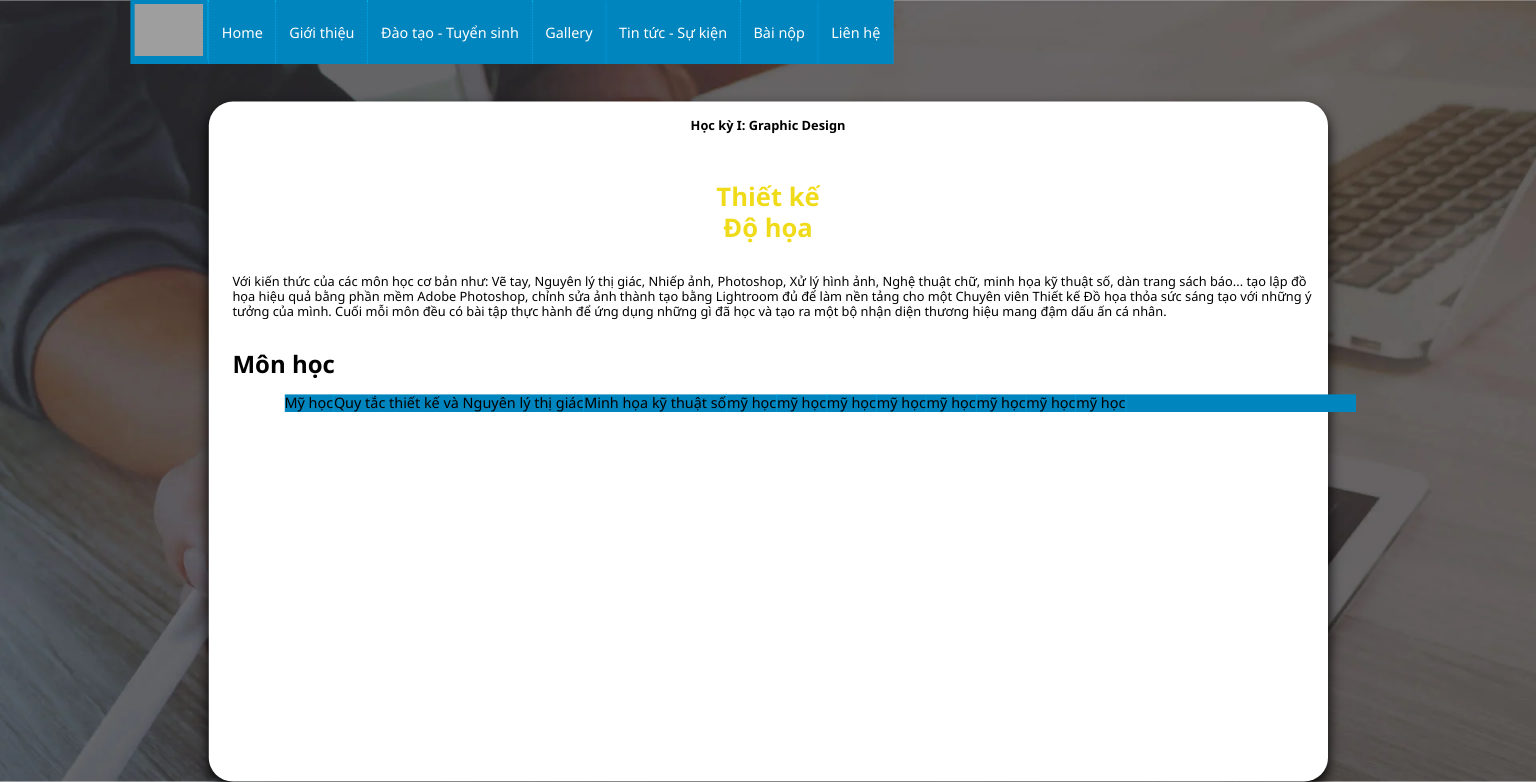
Repository: arena-dttan/dcw-final-exam-d2107m1
Page: final-list/DCW_Final_5_Nguyen-Thi-Thu-Huong_D2107M1/chuong-trinh-dao-tao.html
An editor plug-in stored every save of this project. The page is shown before and after the next save, followed by the edit.
The browser window is 1280 px wide. The page is 1920 px wide, so the pictures cover 1920 px, including what lies to the right of the window. The pictures show the whole page, at 80% of full size.
Pictures or frames that could not be fetched are drawn as grey boxes.

Above is the page before, as saved 2022-06-26 20:11:58.

### final-list/DCW_Final_5_Nguyen-Thi-Thu-Huong_D2107M1/chuong-trinh-dao-tao.html
<!DOCTYPE html>
<html>
<head>
    <meta charset="UTF-8">
    <link rel="stylesheet" href="index.css">
    <link rel="icon" href="./images/favicon.ico" />

</head>
<head>
    <!-- Các meta (siêu dữ liệu) -->
    <meta http-equiv="Content-Type" content="text/html; charset=utf-8" />

    <!-- Tiêu đề hiển thị trên thanh địa chỉ trình duyệt -->
    <title>Chương trình đào tạo</title>

    <!-- icon trên thanh địa chỉ trình duyệt -->
    <link rel="icon" href="./images/favicon.ico" />

    <!-- Sử dụng font google -->
    <link rel="preconnect" href="https://fonts.googleapis.com">
    <link rel="preconnect" href="https://fonts.gstatic.com" crossorigin>
    <link href="https://fonts.googleapis.com/css2?family=Roboto:wght@100&display=swap" rel="stylesheet">

    <!-- external css -->
    <link rel="stylesheet" href="./css/style.css">
    <link rel="stylesheet" href="./css/menu.css">


</head>
<body id="container">


    <div id="main-menu">
        <ul class="menu">
            <li ><img style="height: 65px; margin: 5px;;" src="images/logo.webp" alt="logo"> </li>
            <li class="home">
            <a href="./index.html"> Home</a>
            </li>
            <li>
            <a href="./gioi-thieu.html"> Giới thiệu</a>
            </li>
            <li class="dropdown">
            <a class="dropdown-btn"> Đào tạo - Tuyển sinh</a>
            <div class="dropdown-content">
                <a href="./chuong-trinh-dao-tao.html">Đào tạo</a>
                <a href="./tuyen-sinh.html">Tuyển sinh</a>
            </div>
            <li>
                <a href="./gallery.html"> Gallery</a>
            </li>
            <li>
                <a href="./tin-tuc.html"> Tin tức - Sự kiện</a>
            </li>
            <li>
                <a href="./final-exam-list.html">Bài nộp</a>
            </li>

            <li>
                <a href="#">Liên hệ</a>
            </li>
            </li>
        </ul>
        <!-- id main content -->
        <div id="main-content-daotao">
            <div id="box-container"><b class="text-hocky">Học kỳ I: Graphic Design</b>
                <div class="content">
                    <h1 style="color:rgb(240, 219, 26);">Thiết kế <br>Độ họa</h1>
                    <br>
                    <br>
                        <p class="text"> Với kiến thức của các môn học cơ bản như: Vẽ tay, Nguyên lý thị giác, Nhiếp
                            ảnh, Photoshop, Xử lý hình ảnh, Nghệ thuật chữ, minh họa kỹ thuật số, dàn
                            trang sách báo... tạo lập đồ họa hiệu quả bằng phần mềm Adobe Photoshop,
                            chỉnh sửa ảnh thành tạo bằng Lightroom đủ để làm nền tảng cho một
                            Chuyên viên Thiết kế Đồ họa thỏa sức sáng tạo với những ý tưởng của mình.
                            Cuối mỗi môn đều có bài tập thực hành để ứng dụng những gì đã học và tạo
                            ra một bộ nhận diện thương hiệu mang đậm dấu ấn cá nhân.
                            <br>
                            <br>
                            <br>
                        </p>
                        <h3><b>Môn học</b></h3>
                        <span id="a">
                            <ul>
                            <li>Mỹ học</li>
                            <li>Quy tắc thiết kế và Nguyên lý thị giác</li>
                            <li>Minh họa kỹ thuật số</li>
                            <li>mỹ học</li>
                            <li>mỹ học</li>
                            <li>mỹ học</li>
                            <li>mỹ học</li>
                            <li>mỹ học</li>
                            <li>mỹ học</li>
                            <li>mỹ học</li>
                            <li>mỹ học</li>
                           </ul>
                        </span>

                    </div>
                </div>
            </div>

        </div>
    </div>
</body>
</body>
</html>

### final-list/DCW_Final_5_Nguyen-Thi-Thu-Huong_D2107M1/index.css
/* Sử dụng cho định dạng main menu */
body, html {
    height: 100%;
    width: 1920px;
    background-image: url('images/head-bg.webp'); width: 1920px; height: 100%; background-repeat: no-repeat;
    font-family: 'Segoe UI';

}
* {
    margin: 0;
    padding: 0;
    box-sizing: border-box;
    align-items: center;
}
body {
    position: absolute;
}
#container {
    width: 1920px;
    height: 100%;
    justify-content: center;
    margin: 0;
    padding: 0;
}
#main-menu {
    max-width: 1920px;
    height: 100px;
    margin: 0;
    padding: 0;
}
.menu {
    height: 80px;
    line-height: 80px;
    text-align: center;
    justify-content: center;
    display: inline-block;
}
ul. {
    list-style-type: none;
    overflow: hidden;
    background-color: #0085be;
    width: 100%;
    box-shadow: 0 8px 16px 0 rgba(0, 0, 0, 2);
    display: inline-block;
}
.home {
    border-left: 0.01em dotted #00aeef;
}
li {
    float: left;
    border-right: 0.01em dotted #00aeef;
    font-size: 18px;
}

li.dropdown {
    display: inline-block;
    min-width: 100px;
}

li a:hover,
.dropdown:hover {
    background: #00aeef;
}

li a,
.dropdown-btn {
    display: inline-block;
    color: white;
    text-align: center;
    padding: 0 16px;
    text-decoration: none;
}
.dropdown-content {
    display: none;
    position: absolute;
    background: #F8C800;
    background: #0085be;
    min-width: 200px;
    border-bottom: 0.01em dotted #00aeef;
    box-shadow: 0 8px 16px 0 rgba(0, 0, 0, 2);
    z-index: 1;
    top: 80px;
    transition: all .3s ease-in-out;
}
.dropdown-content a {
    color: white;
    padding: 10px 16px;
    text-decoration: none;
    display: block;
    text-align: center;
    line-height: 2;
}
.dropdown-content a:hover {
    background: #00aeef;
}
.dropdown:hover .dropdown-content {
    display: block;
}

.text {
    margin-left: 40px;
    padding-top: 150px;
}
.button {

    font-size: 18px;
    font-weight: bold;
    width: 180px;
    height: 50px;
    background: #F8C800;
    border-radius: 40px;
    border-color: inherit;
    border-style: none;
    color: white;
    margin-top: 390px;
    margin-left: 70px;
    display: block;
    position: absolute;
}
#main-content {
    width: 1920px;
    height: 100%;
    margin: 0;
    padding: 0;
    display: inline-block;
    align-items: center;
    justify-content: center;

}
#box-container {
    background-color: rgb(255, 255, 255);
    box-shadow: 0 8px 16px 0 rgba(0, 0, 0, 2);
    margin-top: 43px;
    background-color: rgb(255, 255, 255);
    box-shadow: 0 8px 16px 0 rgb(0 0 0);
    width: 1399px;
    height: 850px;
    border-radius: 55px;
    margin-left: auto;
    margin-right: auto;
    border-radius: 30px;

}
.content {
    margin: 30px;
    padding-top: 30px;
}
h1 {
    text-align: center;
}
p {
    float: left;
    position: relative;
    width: 600px;
    height: 350px;
    margin-left: 285px;
    text-align: justify;
}
span {
    position: relative;
    left: 65px;
}
img {
    float: left;
}
.clear {
    clear: both;
}
.text2 p {
    float: left;
    position: relative;
    text-align: justify;
    margin-left: 0;
    width: 500px;
    height: 350px;
}
.text2 span {
    position: relative;
    float: left;
    text-align: justify;
}
.img2 {
    float: left;
    margin-left: 245px;
    margin-top: 0;
}
#main-content-daotao {
    width: 1920px;
    height: 100%;
    margin: 0;
    padding: 0;

}
p.text {
    text-align: left;
    width: 1350px;
    height: 100%;
    margin-left: 0;
    padding: 0;
    text-align: left;

}
b.text-hocky {
    padding-top: 20px;
    position: relative;
    text-align: center;
    display: inline-block;
}
h3 {
    text-align: left;
    width: 1350px;
    height: 100%;
    margin-left: 0;
    padding: 0;
    text-align: left;
    font-size: 30px;
}

span.a ul li {
    list-style-type: disc;
    margin-left: 0;
    margin-right: 0;
    padding-left: 0;
    padding: 0;
}

### final-list/DCW_Final_5_Nguyen-Thi-Thu-Huong_D2107M1/css/style.css
html {
    box-sizing: border-box;
    width: 100%;
    height: 100%;
}

body {
    width: 100%;
    height: 100%;
    background: url("../images/head-bg.webp");
    font-size: 16px;
    font-family: 'Segoe UI', Tahoma, Geneva, Verdana, sans-serif;
    line-height: 1.2;
}

* {
    margin: 0;
    padding: 0;
}

*,
*:before,
*:after {
    box-sizing: border-box;
}

input,
textarea,
select,
button {
    outline: none;
}

input {
    line-height: normal;
}

label,
button {
    cursor: pointer;
}

a {
    text-decoration: none;
}

img {
    display: block;
    max-width: 100%;
}

#container {
    width: 100%;
    height: 100%;
    text-align: center;
}

#logo {
    float: left;
}

#logo img {
    width: 130px;
    padding: 10px;
}

#header {
    background: #0085be;
    box-shadow: 0 8px 16px 0 rgba(0, 0, 0, 2);
}

#banner img {
    height: 500px;
    width: 100%;
}

#content-index {
    margin: 100px 10px 10px 50px;
}

.btn {
    width: 150px;
    height: 40px;
    line-height: 40px;
    background: #F8C800;
    display: block;
    text-align: center;
    text-transform: uppercase;
    font-weight: bold;
    border-radius: 2em;
    -webkit-border-radius: 2em;
    -moz-border-radius: 2em;
    -ms-border-radius: 2em;
    -o-border-radius: 2em;
    margin: 20px 50px;
}

.btn a {
    color: white;
}

#main-content {
    background: none;
    min-height: 400px;
    margin: 40px;
}

#main-page {
    background: white;
    color: black;
    border: 1px solid blue;
    border-radius: 3em;
    width: 80%;
    min-height: 400px;
    padding: 20px;
    display: inline-block;
    box-sizing: border-box;
    margin-bottom: 40px;
}

.content img {
    width: 450px;
    height: 250px;
}

.text-uppercase {
    text-transform: uppercase;
}

.main-title {
    color: #F8C800;
    font-size: 30px;
    font-weight: 700 !important;
    margin: 30px 0;
}

.normal-list {
    list-style-type: disc;
    margin: 10px;
    padding: 10px;
    overflow: visible;
    background: none;
}

.normal-list li {
    clear: both;
}

h4 {
    text-align: left;
    font-size: 20px;
}

h3 {
    padding-bottom: 20px;
}

hr {
    margin: 10px 0;
}

p {
    text-align: justify;
}

### final-list/DCW_Final_5_Nguyen-Thi-Thu-Huong_D2107M1/css/menu.css
/* Sử dụng cho định dạng main menu */

.menu {
    height: 80px;
    line-height: 80px;
}

.home {
    border-left: 0.01em dotted #00aeef;
}

ul {
    list-style-type: none;
    margin: 0;
    padding: 0;
    overflow: hidden;
    /* background: #F8C800; */
    background: #0085be;
    /* box-shadow: 0 8px 16px 0 rgba(0, 0, 0, 2); */
}

li {
    float: left;
    border-right: 0.01em dotted #00aeef;
    font-size: 18px;
}

li.dropdown {
    display: inline-block;
    min-width: 100px;
}

li a:hover,
.dropdown:hover {
    background: #00aeef;
}

li a,
.dropdown-btn {
    display: inline-block;
    color: white;
    text-align: center;
    padding: 0 16px;
    text-decoration: none;
}

.dropdown-content {
    display: none;
    position: absolute;
    /*background: #F8C800;
    */
    background: #0085be;
    min-width: 200px;
    border-bottom: 0.01em dotted #00aeef;
    box-shadow: 0 8px 16px 0 rgba(0, 0, 0, 2);
    z-index: 1;
    top: 80px;
    transition: all .3s ease-in-out;
}

.dropdown-content a {
    color: white;
    padding: 10px 16px;
    text-decoration: none;
    display: block;
    text-align: center;
    line-height: 2;
}

.dropdown-content a:hover {
    background: #00aeef;
}

.dropdown:hover .dropdown-content {
    display: block;
}

After the next save:
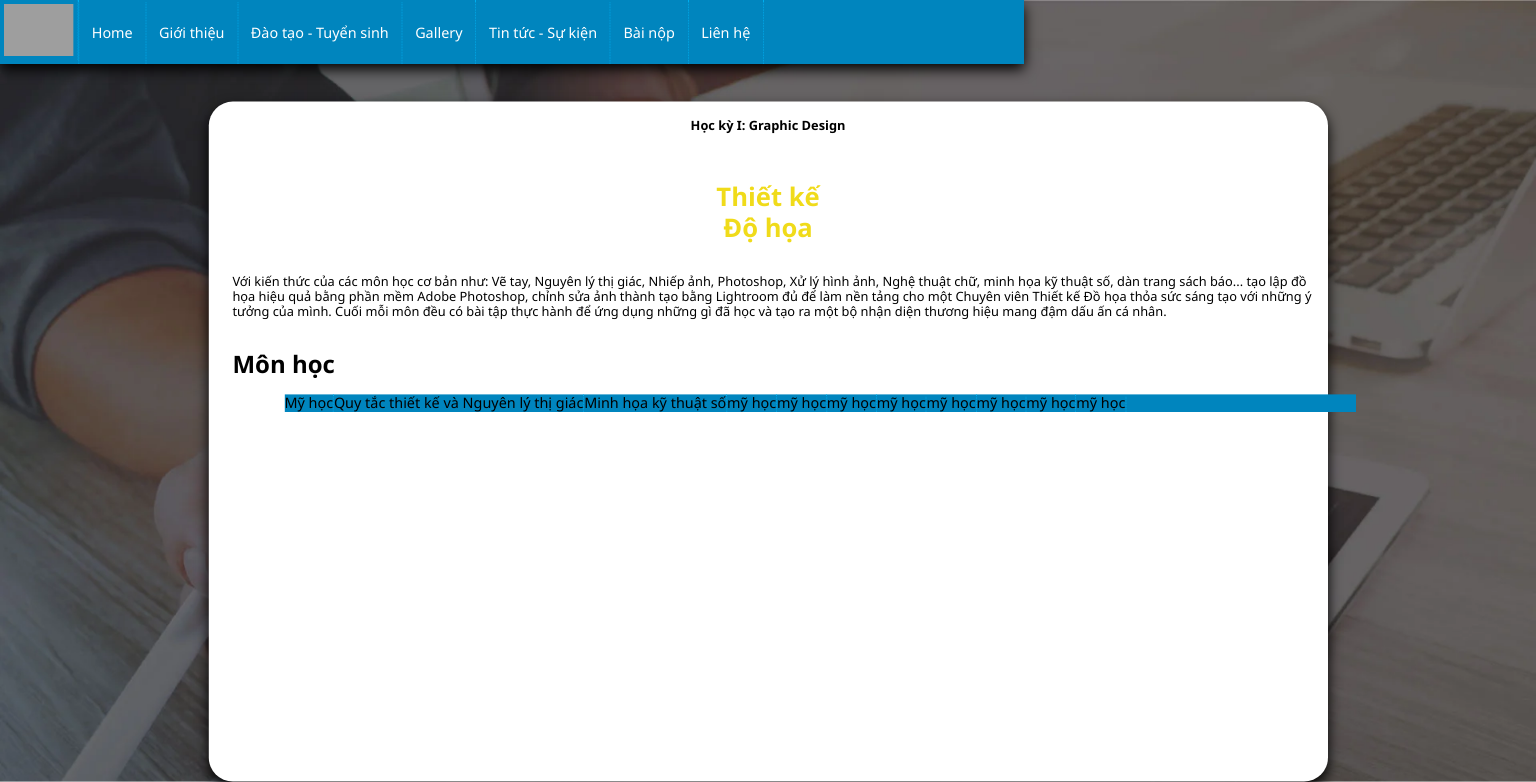
Saved 4 s later.
--- a/final-list/DCW_Final_5_Nguyen-Thi-Thu-Huong_D2107M1/index.css
+++ b/final-list/DCW_Final_5_Nguyen-Thi-Thu-Huong_D2107M1/index.css
@@ -35,7 +35,7 @@ body {
     justify-content: center;
     display: inline-block;
 }
-ul. {
+ul.menu {
     list-style-type: none;
     overflow: hidden;
     background-color: #0085be;
